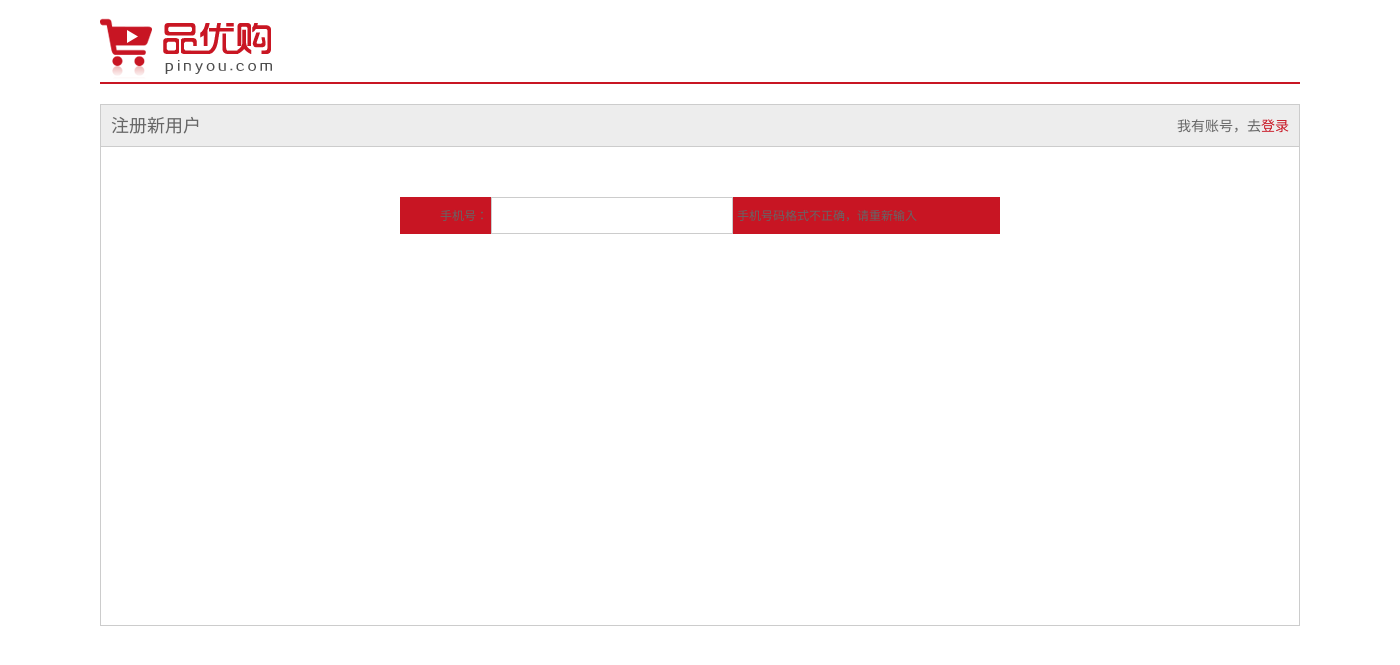
Repository: ywq0312/PinYouGou
Page: register.html
These files come from the project's save history. The page is drawn as it stood at one moment and after the next save; the edit follows.
The browser window is 1280 px wide. The page is 1400 px wide, so the pictures cover 1400 px, including what lies to the right of the window. The pictures show the whole page.

Above is the page before, as saved 2021-06-28 13:38:43.

After the next save:
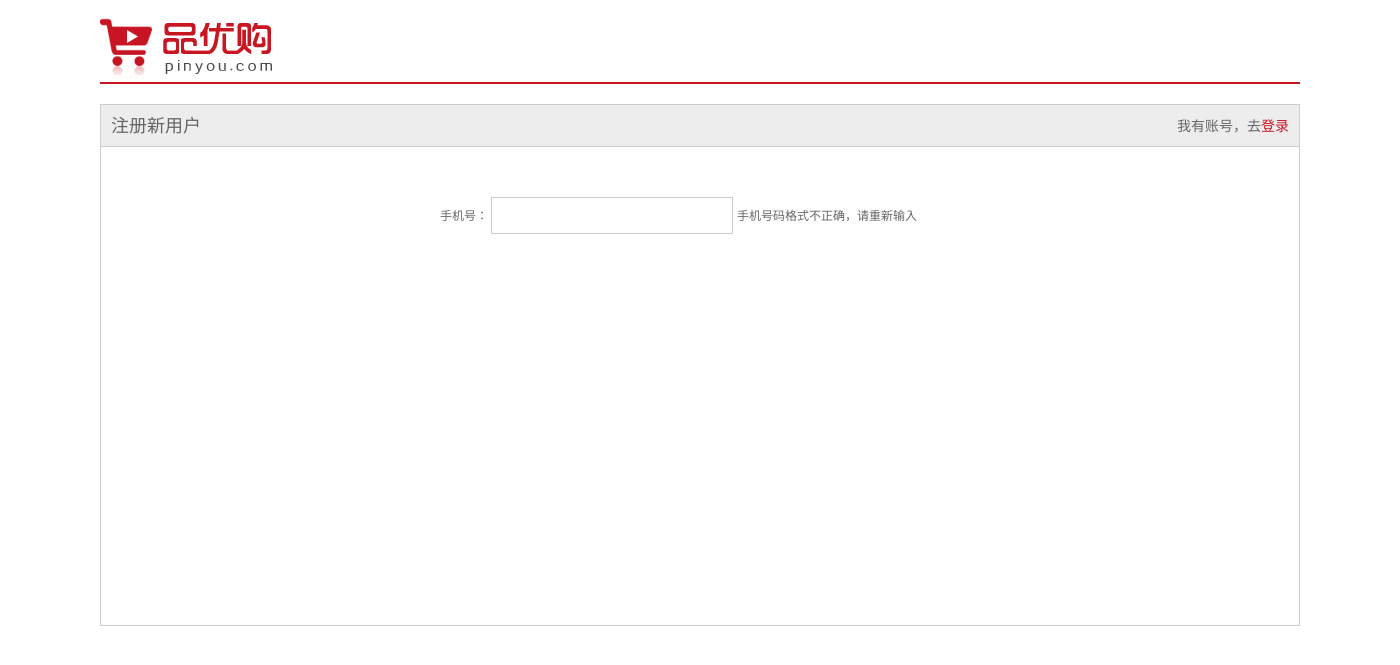
Saved 7 s later.
--- a/css/register.css
+++ b/css/register.css
@@ -34,7 +34,6 @@
 }
 .reg-form{
     width: 600px;
-    background-color: #c81523;
     margin: 50px auto 0;
 }
 .reg-form ul li label{
